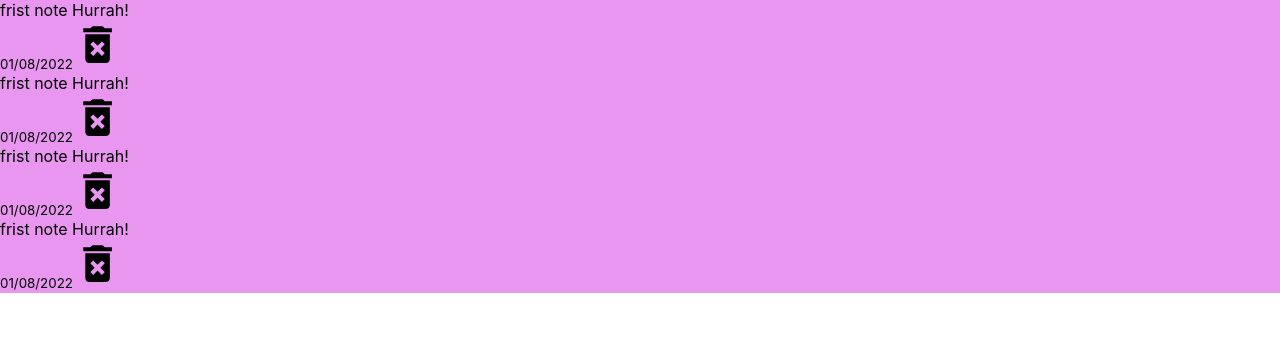
Repository: DeraBola/react-notes-app
Page: /
These files come from the project's save history. The page is drawn as it stood at one moment and after the next save; the edit follows.
The browser window is 1280 px wide. The pictures show the whole page.
The project was rebuilt for these pictures with package versions that can differ from the ones it lists, and the page was loaded fresh each time.

Above is the page before, as saved 2022-08-01 08:24:00.

### src/index.js
import React from 'react';
import ReactDOM from 'react-dom/client';
import './index.css';
import App from './App';


const root = ReactDOM.createRoot(document.getElementById('root'));
root.render(
  <React.StrictMode>
    <App />
  </React.StrictMode>
);

### src/index.css
body {
    margin: 0;
    font-family: -apple-system, BlinkMacSystemFont, 'Segoe UI', 'Roboto', 'Oxygen', 'Ubuntu', 'Cantarell', 'Fira Sans', 'Droid Sans', 'Helvetica Neue', sans-serif;
    -webkit-font-smoothing: antialiased;
    -moz-osx-font-smoothing: grayscale;
}

code {
    font-family: source-code-pro, Menlo, Monaco, Consolas, 'Courier New', monospace;
}

.note {
    background-color: #e996f1;
    mgb
}

### src/App.js
import NotesList from './components/NotesList';

 const App = () =>{
   return(
    <div className="container" >
      <NotesList />
    </div>
   )
 }

 export default App;

### src/components/NotesList.js
import Note from './Note';

const NotesList  = () => {
return(
    <div className='notes-list'>
        <Note />
        <Note />
        <Note />
        <Note />
    </div>
);
};

export default NotesList;

### src/components/Note.js

import { MdDeleteForever } from 'react-icons/md'

const Note  = () => {
    return(
        <div className='note'>
             <span>frist note Hurrah!</span>
             <div className="note-footer">
                <small>01/08/2022</small>
                <MdDeleteForever className='delete-icon' size='1.3cm' />
             </div>
        </div>
    );
    };

    export default Note;

Loaded but not shown: public/index.html (common file)

After the next save:
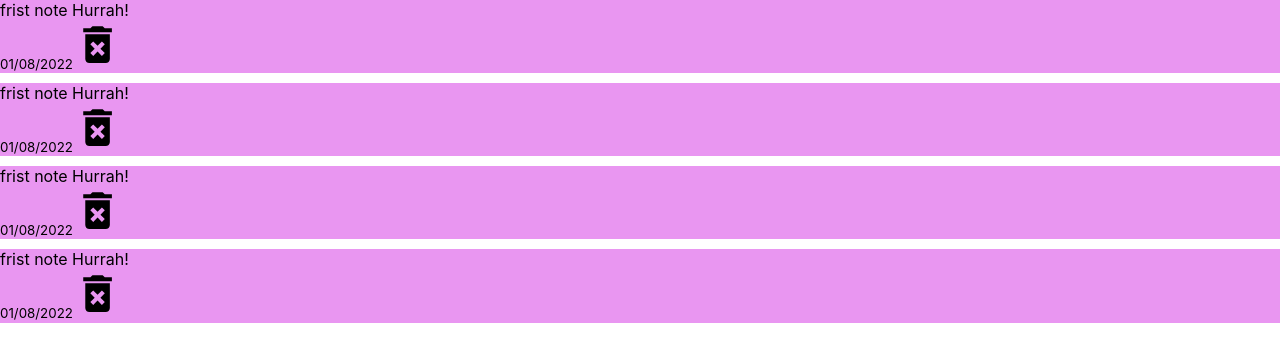
Saved 13 s later.
--- a/src/index.css
+++ b/src/index.css
@@ -11,5 +11,6 @@ code {
 
 .note {
     background-color: #e996f1;
-    mgb
+    margin-bottom: 10px;
+    br
 }
